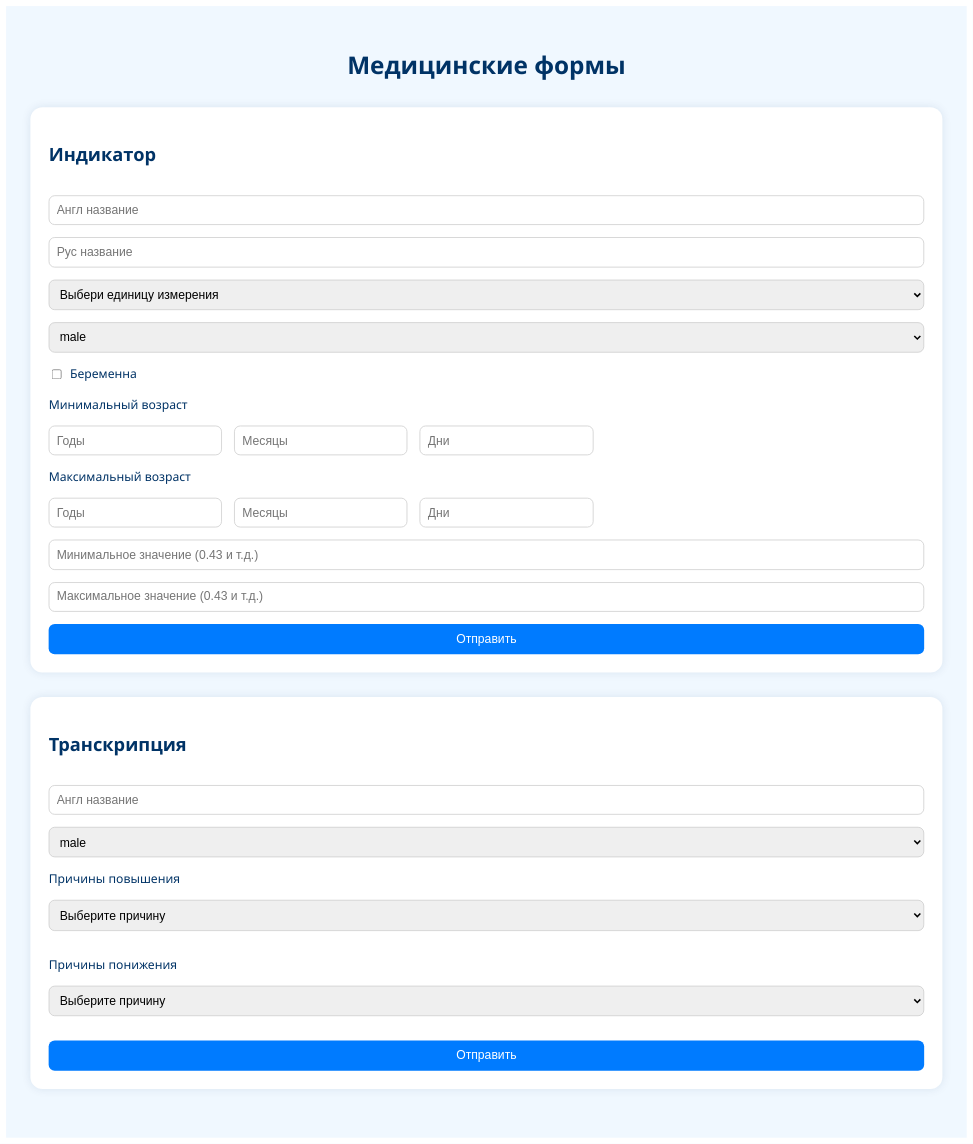
Repository: GGlebux/Transay
Page: / (app in frontend/)
These files come from the project's save history. The page is drawn as it stood at one moment and after the next save; the edit follows.
The browser window is 1280 px wide. The pictures show the whole page, at 76% of full size.
The project was rebuilt for these pictures with package versions that can differ from the ones it lists, and the page was loaded fresh each time. Also part of the build but not shown: frontend/vite.config.ts.

Above is the page before, as saved 2025-08-04 16:23:19.

After the next save:
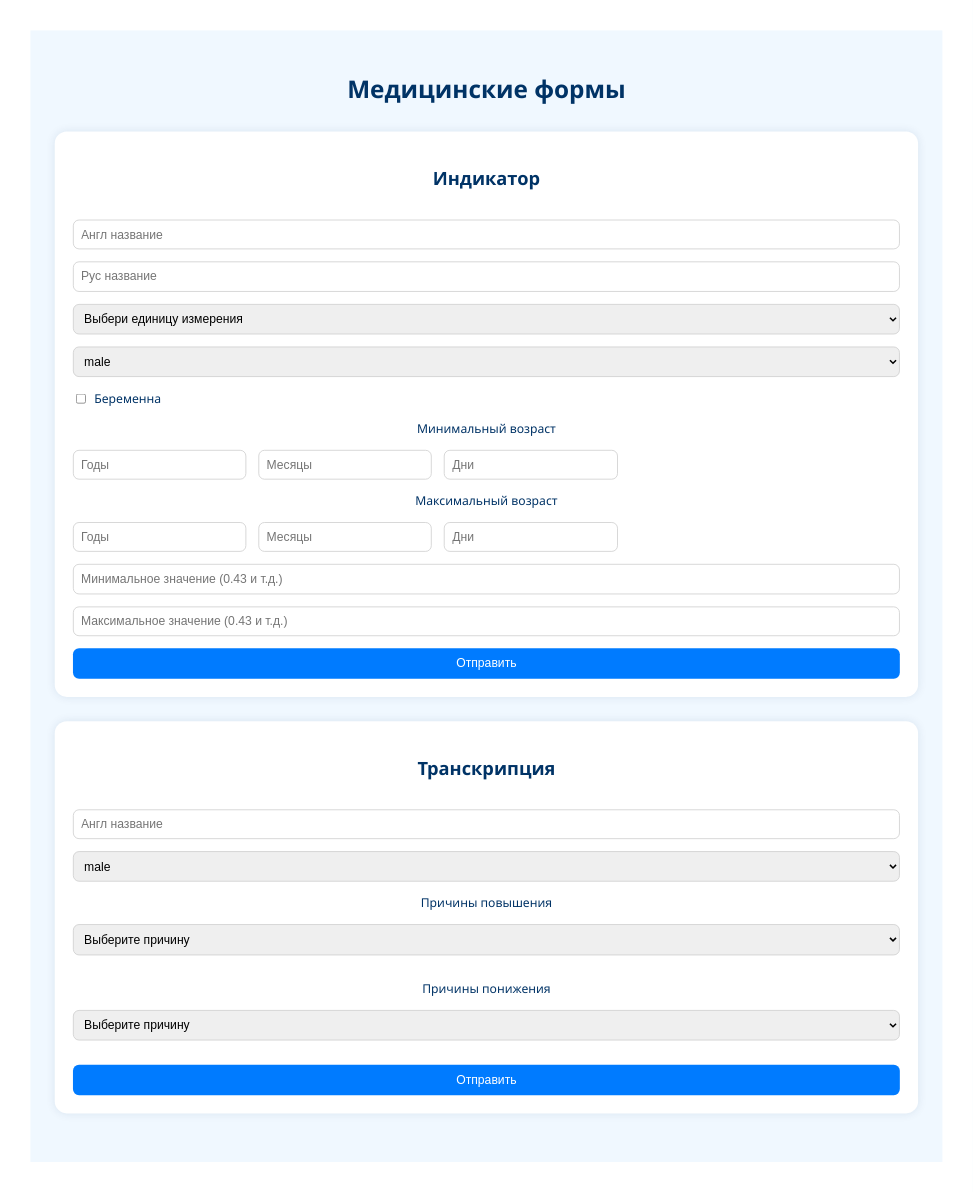
Saved 11 s later.
--- a/frontend/src/styles/forms.css
+++ b/frontend/src/styles/forms.css
@@ -1,3 +1,10 @@
+#root {
+  max-width: 1280px;
+  margin: 0 auto;
+  padding: 2rem;
+  text-align: center;
+}
+
 
 
 .container {
